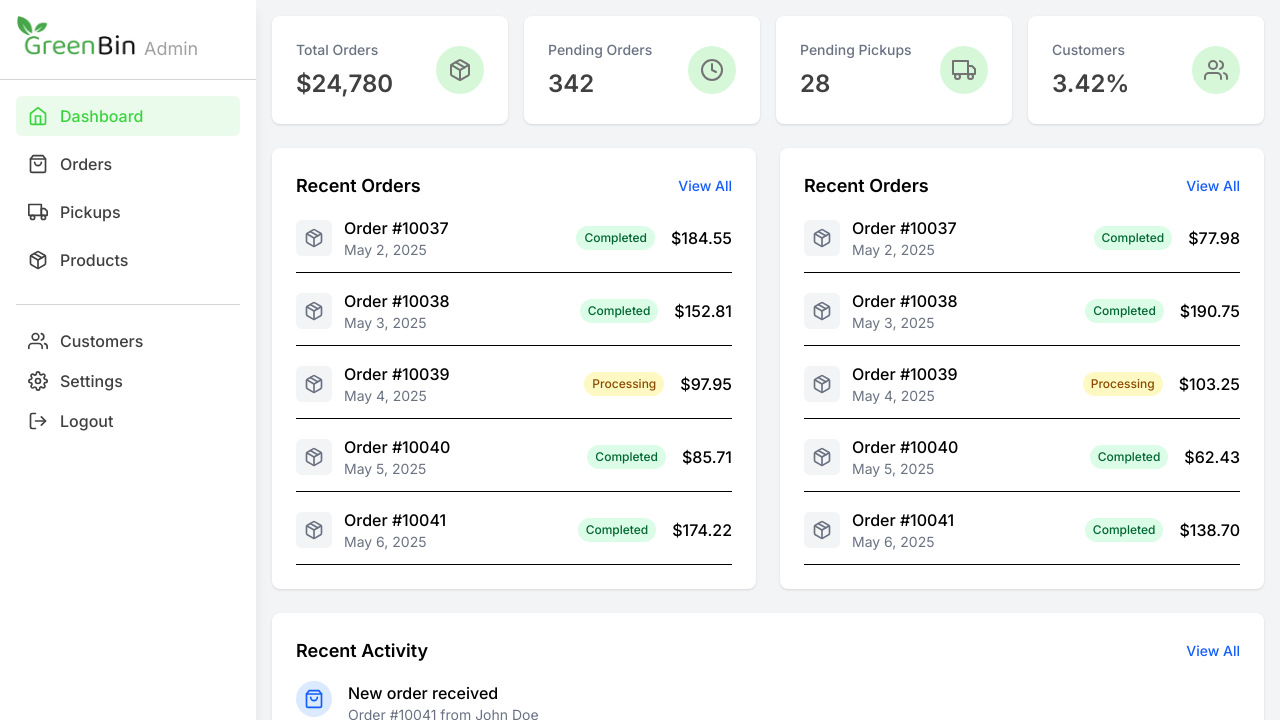
Repository: Siddhu123456/Plastic-Waste-Management
Page: /dashboard (app in frontend/)
An editor plug-in stored every save of this project. The page is shown before and after the next save, followed by the edit.
The browser window is 1280 px wide. The pictures show the whole page.
An inner scrolling area shows only its first screen. The project was rebuilt for these pictures with package versions that can differ from the ones it lists, and the page was loaded fresh each time. Also part of the build but not shown: frontend/vite.config.js, frontend/src/components/ProductCard.jsx, frontend/src/components/TrendingProductsCarousel.jsx, frontend/src/pages/Home.jsx, frontend/src/components/FilterBar.jsx, frontend/src/components/Loader.jsx, frontend/src/pages/customer/Shop.jsx, frontend/src/pages/customer/Recycle.jsx and 22 more. Imported but missing from the stored project, and not drawn on this page: frontend/src/pages/Help, frontend/src/pages/customer/WishList.

Above is the page before, as saved 2025-05-06 21:16:30.

### frontend/src/index.css
@import url('https://fonts.googleapis.com/css2?family=Fugaz+One&family=Montserrat:ital@0;1&display=swap');
@import url('https://fonts.googleapis.com/css2?family=Inter:ital,opsz,wght@0,14..32,100..900;1,14..32,100..900&display=swap');
@import "tailwindcss";


@custom-variant dark (&:where(.dark, .dark *));


@theme{
  --color-ow : #f5f5f5;
  --color-dbg : #000803;
  --color-dsc : #1e221f;
  --color-dtc : #313532;
  --color-lgg : #3bd440;
  --color-tc : #1e1e1e;
  --color-lgd : #2aa12e;
  --color-bl: #1D2A35;
  --color-lg-trans : rgba(69, 167, 72, 0.3);
}

@layer components {
  .pri-btn {
    @apply text-white cursor-pointer text-center rounded-lg bg-lgg hover:bg-lgd transition duration-300
  }
  .white-btn {
    @apply text-lgg cursor-pointer text-center rounded-2xl bg-ow transition duration-300
  }
  .trans-btn{
    @apply border text-center rounded-2xl cursor-pointer border-lgg text-lgg hover:bg-lgg hover:text-white transition
  }

  .white-trans-btn{
    @apply border text-center rounded-2xl cursor-pointer border-white text-white transition duration-300
  }
}

@layer utilities{
  .no-scrollbar::-webkit-scrollbar {
    display: none;
}
.no-scrollbar {
    -ms-overflow-style: none;
    scrollbar-width: none;
}
}

:root{
  font-family: "Inter", sans-serif;
  background-color: #f5f5f5;
  box-sizing: border-box;
  overflow-x: hidden;
}


input[type='range'] {
  pointer-events: all;
  height: 0;
}

input[type='range']::-webkit-slider-thumb {
  appearance: none;
  height: 16px;
  width: 16px;
  background: #22c55e;
  border-radius: 9999px;
  cursor: pointer;
  border: none;
}

input[type='range']::-moz-range-thumb {
  height: 16px;
  width: 16px;
  background: #22c55e;
  border-radius: 9999px;
  cursor: pointer;
  border: none;
}

### frontend/src/App.jsx
import { CartProvider } from './components/CartContext.jsx';
import AppRoutes from './routes/AppRoutes.jsx'


const App = () => (
    <CartProvider>
        <AppRoutes />
    </CartProvider>
)

export default App;

### frontend/src/components/CartContext.jsx
import { createContext, useContext, useState } from "react";

const CartContext = createContext();

export const CartProvider = ({ children }) => {
  const [cartCount, setCartCount] = useState(0);

  return (
    <CartContext.Provider value={{ cartCount, setCartCount }}>
      {children}
    </CartContext.Provider>
  );
};

export const useCart = () => useContext(CartContext);

### frontend/src/routes/AppRoutes.jsx
import { BrowserRouter as Router, Routes, Route } from 'react-router-dom'

import Home from '../pages/Home'
import Help from '../pages/Help'
import Shop from '../pages/customer/Shop'
import Recycle from '../pages/customer/Recycle'
import Cart from '../pages/customer/Cart'
import WishList from '../pages/customer/WishList'
import ProductOverview from '../pages/customer/ProductOverview'
import ScrollToTop from './ScrollToTop'
import Layout from '../components/Layout'
import Wallet from '../pages/customer/Wallet'
import OrderHistory from '../pages/customer/OrderHistory'
import OrderSummary from '../pages/customer/OrderSummary'
import PickupHistory from '../pages/customer/PickupHistory'
import CustomerProfile from '../pages/customer/CustomerProfile'
import ProductForm from '../pages/admin/ProductForm'
import Dashboard from '../pages/admin/Dashboard'
import Orders from '../pages/admin/Orders'
import AdminLayout from '../pages/admin/AdminLayout'

const AppRoutes = () => {
  return (
    <Router>
      <ScrollToTop />
      <Routes>
        {/* Routes using main Layout */}
        <Route element={<Layout />}>
          <Route path='/' element={<Home />} />
          <Route path='/recycle' element={<Recycle />} />
          <Route path='/shop' element={<Shop />} />
          <Route path='/help' element={<Help />} />
          <Route path='/cart' element={<Cart />} />
          <Route path='/favorites' element={<WishList />} />
          <Route path='/wallet' element={<Wallet />} />
          <Route path='/product/:id' element={<ProductOverview />} />
          <Route path='/orders' element={<OrderHistory />} />
          <Route path='/orders/:id' element={<OrderSummary />} />
          <Route path='/pickups' element={<PickupHistory />} />
          <Route path='/cprofile' element={<CustomerProfile />} />
          <Route path='/pform' element={<ProductForm />} />
        </Route>

        <Route element={<AdminLayout />}>
          <Route path='/dashboard' element={<Dashboard />} />
          <Route path='/allorders' element={<Orders />} />
        </Route>

      </Routes>
    </Router>
  )
}

export default AppRoutes

### frontend/src/routes/ScrollToTop.jsx
import { useEffect } from "react";
import { useLocation } from "react-router-dom";

const ScrollToTop = () => {
    const {pathname} = useLocation()
    useEffect(() => {
        window.scrollTo(0,0)
    },[pathname])

    return null
}

export default ScrollToTop;

### frontend/src/pages/admin/Dashboard.jsx
import {
    FiClock,
    FiBarChart2,
    FiPackage,
    FiShoppingBag,
    FiCheckCircle,
    FiTruck,
    FiXCircle,
    FiUsers
  } from 'react-icons/fi';

  import StatCard from '../../components/StatCard';
  import ActivityItem from '../../components/ActivityItem';

  const Dashboard = () => {
    return (
      <div className="space-y-6">
        {/* Stats Cards */}
        <div className="grid grid-cols-1 sm:grid-cols-2 lg:grid-cols-4 gap-4">
          <StatCard
            title="Total Orders"
            value="$24,780"
            icon={<FiPackage className="h-6 w-6" />}
          />
          <StatCard
            title="Pending Orders"
            value="342"
            icon={<FiClock className="h-6 w-6" />}
          />
          <StatCard
            title="Pending Pickups"
            value="28"
            icon={<FiTruck className="h-6 w-6" />}
          />
          <StatCard
            title="Customers"
            value="3.42%"
            icon={<FiUsers className="h-6 w-6" />}
          />
        </div>

        {/* Recent Orders and Sales Chart */}
        <div className="grid grid-cols-1 lg:grid-cols-2 gap-6">
          <div className="bg-white rounded-lg shadow p-6">
            <div className="flex justify-between items-center mb-4">
              <h3 className="text-lg font-semibold">Recent Orders</h3>
              <button className="text-blue-600 text-sm font-medium">View All</button>
            </div>
            <div className="space-y-4">
              {/* Order Items */}
              {[1, 2, 3, 4, 5].map((order) => (
                <div key={order} className="flex justify-between items-center border-b pb-3">
                  <div className="flex items-center">
                    <div className="rounded-md bg-gray-100 p-2">
                      <FiPackage className="h-5 w-5 text-gray-500" />
                    </div>
                    <div className="ml-3">
                      <p className="font-medium">Order #{10036 + order}</p>
                      <p className="text-sm text-gray-500">May {order + 1}, 2025</p>
                    </div>
                  </div>
                  <div className="flex items-center">
                    <span className={`px-2 py-1 rounded-full text-xs font-medium ${
                      order % 3 === 0 ? 'bg-yellow-100 text-yellow-800' : 'bg-green-100 text-green-800'
                    }`}>
                      {order % 3 === 0 ? 'Processing' : 'Completed'}
                    </span>
                    <span className="ml-4 font-medium">${(Math.random() * 200 + 50).toFixed(2)}</span>
                  </div>
                </div>
              ))}
            </div>
          </div>

          <div className="bg-white rounded-lg shadow p-6">
            <div className="flex justify-between items-center mb-4">
              <h3 className="text-lg font-semibold">Recent Orders</h3>
              <button className="text-blue-600 text-sm font-medium">View All</button>
            </div>
            <div className="space-y-4">
              {/* Order Items */}
              {[1, 2, 3, 4, 5].map((order) => (
                <div key={order} className="flex justify-between items-center border-b pb-3">
                  <div className="flex items-center">
                    <div className="rounded-md bg-gray-100 p-2">
                      <FiPackage className="h-5 w-5 text-gray-500" />
                    </div>
                    <div className="ml-3">
                      <p className="font-medium">Order #{10036 + order}</p>
                      <p className="text-sm text-gray-500">May {order + 1}, 2025</p>
                    </div>
                  </div>
                  <div className="flex items-center">
                    <span className={`px-2 py-1 rounded-full text-xs font-medium ${
                      order % 3 === 0 ? 'bg-yellow-100 text-yellow-800' : 'bg-green-100 text-green-800'
                    }`}>
                      {order % 3 === 0 ? 'Processing' : 'Completed'}
                    </span>
                    <span className="ml-4 font-medium">${(Math.random() * 200 + 50).toFixed(2)}</span>
                  </div>
                </div>
              ))}
            </div>
          </div>
        </div>

        {/* Recent Activity */}
        <div className="bg-white rounded-lg shadow p-6">
          <div className="flex justify-between items-center mb-4">
            <h3 className="text-lg font-semibold">Recent Activity</h3>
            <button className="text-blue-600 text-sm font-medium">View All</button>
          </div>
          <div className="space-y-4">
            <ActivityItem
              icon={<FiShoppingBag className="h-5 w-5" />}
              title="New order received"
              description="Order #10041 from John Doe"
              time="5 minutes ago"
            />
            <ActivityItem
              icon={<FiCheckCircle className="h-5 w-5" />}
              title="Order completed"
              description="Order #10038 has been delivered"
              time="2 hours ago"
            />
            <ActivityItem
              icon={<FiTruck className="h-5 w-5" />}
              title="Pickup scheduled"
              description="Order #10039 ready for pickup at 5:00 PM"
              time="3 hours ago"
            />
            <ActivityItem
              icon={<FiXCircle className="h-5 w-5" />}
              title="Order cancelled"
              description="Order #10036 has been cancelled"
              time="5 hours ago"
            />
          </div>
        </div>
      </div>
    );
  };

  export default Dashboard;

### frontend/src/pages/admin/AdminLayout.jsx
import React, { useState } from "react";
import { FiMenu } from "react-icons/fi";
import Sidebar from "../../components/Sidebar";
import { Outlet } from "react-router-dom";
import LogoGBB from '../../assets/images/logoGBB.png'


const AdminLayout = () => {
  const [sidebarOpen, setSidebarOpen] = useState(false);
  const [activePage, setActivePage] = useState('dashboard');

  const toggleSidebar = () => {
    setSidebarOpen(!sidebarOpen);
  };

  return (
    <div className="flex h-screen bg-gray-100 dark:bg-dsc">
      {/* Sidebar */}
      <Sidebar
        activePage={activePage}
        setActivePage={setActivePage}
        sidebarOpen={sidebarOpen}
        toggleSidebar={toggleSidebar}
      />

      {/* Main Content */}
      <div className="flex flex-col flex-1 xl:ml-64">
        {/* Top bar with menu toggle */}
        <header className="bg-white shadow-sm z-10 xl:hidden">
          <div className="px-4 py-1 flex items-center gap-4">
            <button
              onClick={toggleSidebar}
              className="mr-2 text-gray-600 focus:outline-none"
            >
              <FiMenu className="h-6 w-6" />
            </button>
            <div className=" flex items-baseline gap-2">
              <img className="w-30" src={LogoGBB} alt="GreenBin" />
              <p className="text-lg text-neutral-400">Admin</p>
            </div>
          </div>
        </header>

        {/* Page content */}
        <main className="flex-1 p-4 overflow-auto">
          <Outlet />
        </main>
      </div>

      {/* Overlay to close sidebar on mobile */}
      {sidebarOpen && (
        <div
          className="fixed inset-0 bg-black/50 z-40 xl:hidden"
          onClick={toggleSidebar}
        />
      )}
    </div>
  );
};

export default AdminLayout;

### frontend/src/components/StatCard.jsx
const StatCard = ({ title, value, icon }) => {
    return (
      <div className="bg-white rounded-lg shadow p-6">
        <div className="flex items-center justify-between">
          <div>
            <p className="text-sm font-medium text-gray-500">{title}</p>
            <p className="text-2xl text-neutral-700 font-semibold mt-2">{value}</p>
          </div>
          <div className="p-3 rounded-full text-neutral-500 bg-lgg/20">
            {icon}
          </div>
        </div>
      </div>
    );
  };

  export default StatCard;

### frontend/src/components/ActivityItem.jsx
const ActivityItem = ({ icon, title, description, time }) => {
    return (
      <div className="flex">
        <div className="mr-4">
          <div className="p-2 rounded-full bg-blue-100 text-blue-600">
            {icon}
          </div>
        </div>
        <div>
          <div className="font-medium">{title}</div>
          <div className="text-sm text-gray-500">{description}</div>
          <div className="text-xs text-gray-400 mt-1">{time}</div>
        </div>
      </div>
    );
  };

  export default ActivityItem;

### frontend/src/components/Sidebar.jsx
import {
  FiHome,
  FiShoppingBag,
  FiTruck,
  FiPackage,
  FiUsers,
  FiSettings,
  FiLogOut,
  FiX
} from 'react-icons/fi';
import LogoGBB from '../assets/images/logoGBB.png'
import SidebarItem from './SidebarItem';

const Sidebar = ({ activePage, setActivePage, sidebarOpen, toggleSidebar }) => {
  return (
    <div className={`fixed inset-y-0 left-0 top-0 z-50 w-64 bg-white shadow-lg transform transition-transform duration-200 xl:translate-x-0 ${sidebarOpen ? 'translate-x-0' : '-translate-x-full'}`}>
      <div className="flex items-center justify-between p-4 border-b border-neutral-300">
        <div className=" flex items-baseline gap-2">
          <img className="w-30" src={LogoGBB} alt="GreenBin" />
          <p className="text-lg text-neutral-400">Admin</p>
        </div>
        <button onClick={toggleSidebar} className="p-2 rounded-md xl:hidden">
          <FiX className="h-6 w-6" />
        </button>
      </div>
      <div className="p-4">
        <nav className="flex flex-col gap-2">
          <SidebarItem
            icon={<FiHome className="h-5 w-5" />}
            title="Dashboard"
            val="dashboard"
            active={activePage === 'dashboard'}
            onClick={() => setActivePage('dashboard')}
          />
          <SidebarItem
            icon={<FiShoppingBag className="h-5 w-5" />}
            title="Orders"
            val="allorders"
            active={activePage === 'orders'}
            onClick={() => setActivePage('orders')}
          />
          <SidebarItem
            icon={<FiTruck className="h-5 w-5" />}
            title="Pickups"
            active={activePage === 'pickups'}
            onClick={() => setActivePage('pickups')}
          />
          <SidebarItem
            icon={<FiPackage className="h-5 w-5" />}
            title="Products"
            active={activePage === 'products'}
            onClick={() => setActivePage('products')}
          />
          <div className="pt-4 mt-4 border-t border-neutral-300">
            <SidebarItem
              icon={<FiUsers className="h-5 w-5" />}
              title="Customers"
              active={activePage === 'customers'}
              onClick={() => setActivePage('customers')}
            />
            <SidebarItem
              icon={<FiSettings className="h-5 w-5" />}
              title="Settings"
              active={activePage === 'settings'}
              onClick={() => setActivePage('settings')}
            />
            <SidebarItem
              icon={<FiLogOut className="h-5 w-5" />}
              title="Logout"
              active={false}
            />
          </div>
        </nav>
      </div>
    </div>
  );
};

export default Sidebar;

### frontend/src/components/SidebarItem.jsx
import { Link } from "react-router-dom";

const SidebarItem = ({ icon, title,val, active, onClick }) => {
    return (
    <Link to={`/${val}`}>
          <button
        onClick={onClick}
        className={`flex items-center w-full px-3 py-2 rounded-md transition-colors cursor-pointer ${
          active ? 'bg-lgg/10 text-lgg' : 'text-neutral-700 hover:bg-lgg/10'
        }`}
      >
        <span className="mr-3">{icon}</span>
        <span className="font-medium">{title}</span>
      </button>
    </Link>
    )
  }

  export default SidebarItem;

Loaded but not shown: frontend/index.html (common file); frontend/src/main.jsx (common file)

After the next save:
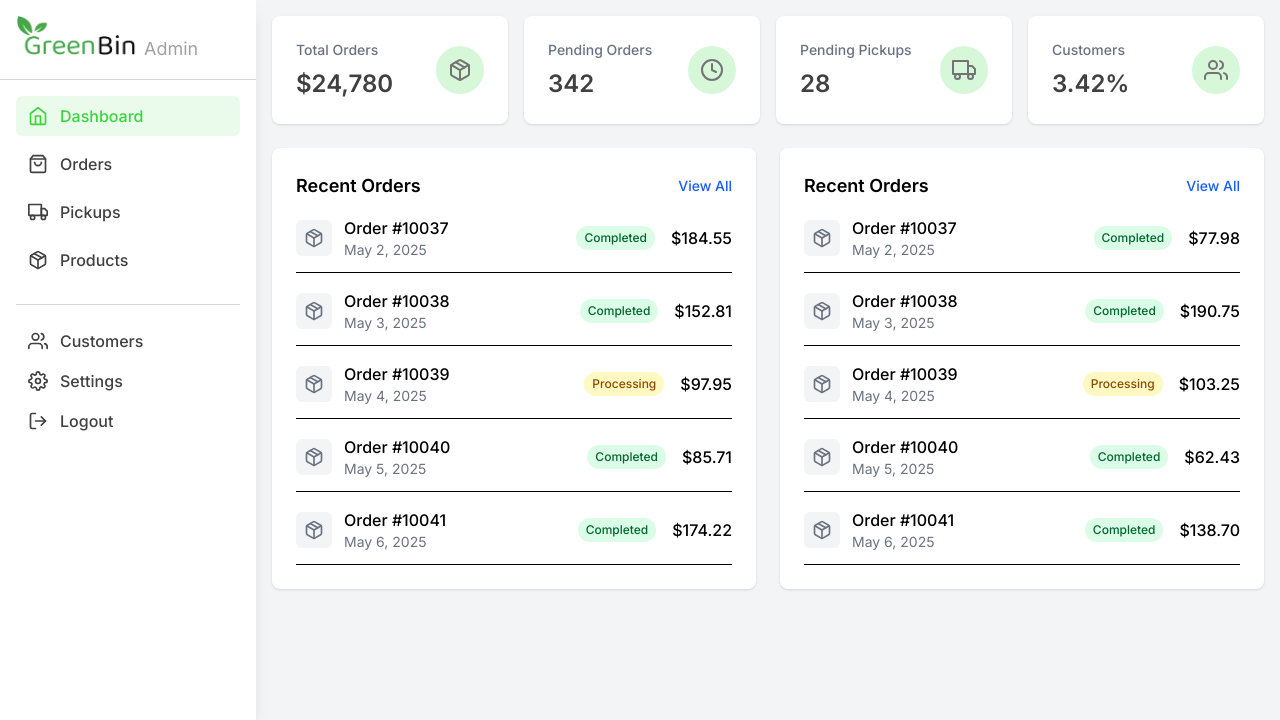
Saved 30 s later.
--- a/frontend/src/pages/admin/Dashboard.jsx
+++ b/frontend/src/pages/admin/Dashboard.jsx
@@ -104,39 +104,6 @@ import {
           </div>
         </div>
 
-        {/* Recent Activity */}
-        <div className="bg-white rounded-lg shadow p-6">
-          <div className="flex justify-between items-center mb-4">
-            <h3 className="text-lg font-semibold">Recent Activity</h3>
-            <button className="text-blue-600 text-sm font-medium">View All</button>
-          </div>
-          <div className="space-y-4">
-            <ActivityItem
-              icon={<FiShoppingBag className="h-5 w-5" />}
-              title="New order received"
-              description="Order #10041 from John Doe"
-              time="5 minutes ago"
-            />
-            <ActivityItem
-              icon={<FiCheckCircle className="h-5 w-5" />}
-              title="Order completed"
-              description="Order #10038 has been delivered"
-              time="2 hours ago"
-            />
-            <ActivityItem
-              icon={<FiTruck className="h-5 w-5" />}
-              title="Pickup scheduled"
-              description="Order #10039 ready for pickup at 5:00 PM"
-              time="3 hours ago"
-            />
-            <ActivityItem
-              icon={<FiXCircle className="h-5 w-5" />}
-              title="Order cancelled"
-              description="Order #10036 has been cancelled"
-              time="5 hours ago"
-            />
-          </div>
-        </div>
       </div>
     );
   };
